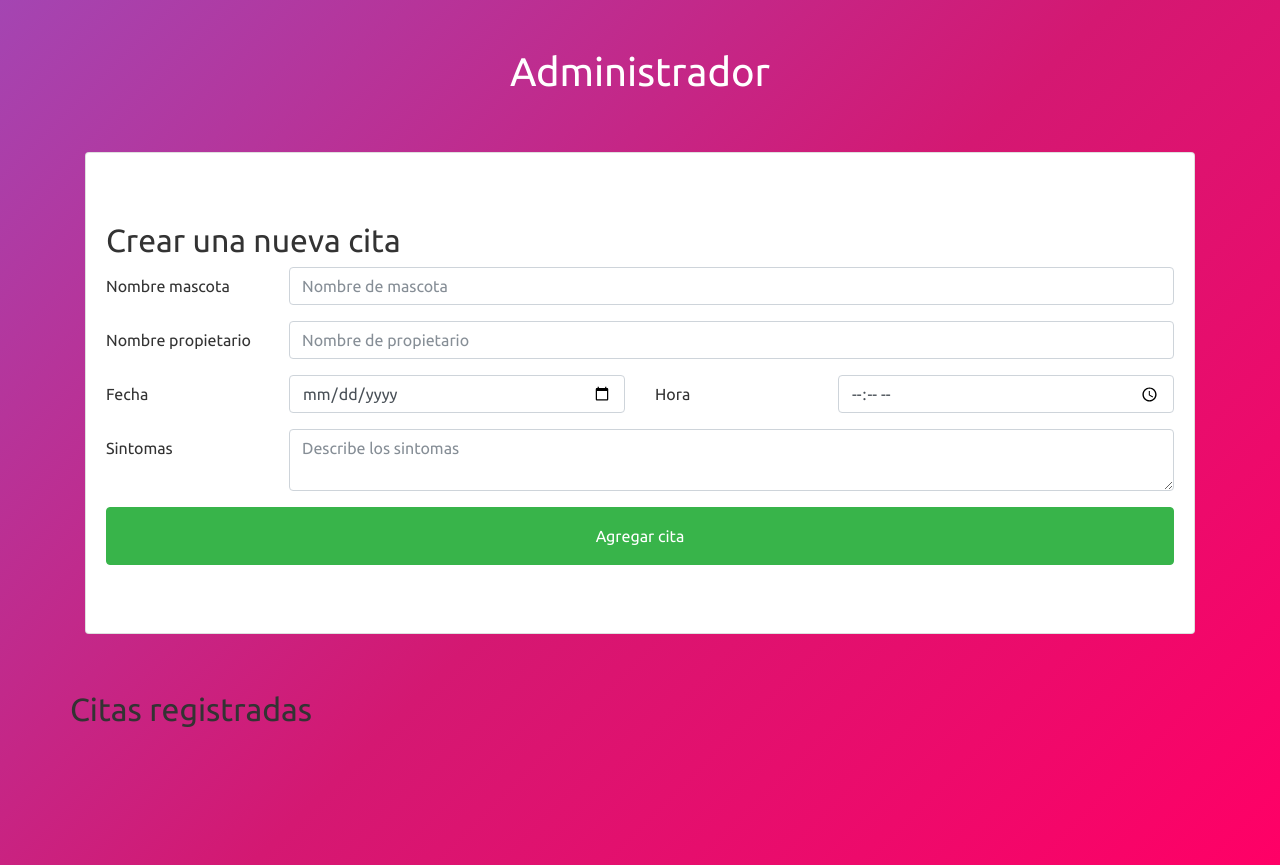
Repository: harrycampaz/react-veterinario-form
Page: /
An editor plug-in stored every save of this project. The page is shown before and after the next save, followed by the edit.
The browser window is 1280 px wide. The pictures show the whole page.
The project was rebuilt for these pictures with package versions that can differ from the ones it lists, and the page was loaded fresh each time. Also part of the build but not shown: src/components/layout/ItemCita.js.

Above is the page before, as saved 2020-01-16 17:14:14.

### src/App.js
import React, { Component } from "react";
import "./bootstrap.min.css";
import Header from "./components/ui/Header";
import NuevaCita from "./components/layout/NuevaCita";
import ListCitas from "./components/layout/ListCitas";

class App extends Component {
  state = {
    citas: []
  };

  createNewCita = data => {

    const citas = [...this.state.citas, data];

    this.setState({
      citas
    })
    }
  render() {
    return (
      <div className="container">
        <Header titulo="Administrador" />
        <div className="row">
          <div className="col-md-12 max-auto">
            <NuevaCita  createNewCita = {this.createNewCita}  />
          </div>

<ListCitas citas = {this.state.citas} />
        </div>
      </div>
    );
  }
}

export default App;

### src/components/ui/Header.js
import React from 'react';

const Header = ({titulo}) => {
    return (
      <header>
<h1 className="text-center"> {titulo}</h1>
      </header>
    );
};

export default Header;

### src/components/layout/NuevaCita.js
import React, { Component } from "react";
import uuid from 'uuid';

const stateInicial = {
    cita: [{
        mascota: 'data',
        propietario: 'dfs',
        fecha: 'sdf',
        hora: 'sdf',
        sintomas: 'sdf'
    }, {
        mascota: 'data',
        propietario: 'dfs',
        fecha: 'sdf',
        hora: 'sdf',
        sintomas: 'sdf'
    }, {
        mascota: 'data',
        propietario: 'dfs',
        fecha: 'sdf',
        hora: 'sdf',
        sintomas: 'sdf'
    }],
    error : false
}

class NuevaCita extends Component {


    state = {...stateInicial}

    handleChange = (e) => {
        console.log(e.target.name + ' : ' + e.target.value);

        this.setState({
            cita: {
                ...this.state.cita,
                [e.target.name]: e.target.value
            }
        })

    }

    haldleSubmit = (e) => {

        e.preventDefault();

        const {mascota, propietario, hora, fecha, sintomas} = this.state.cita;

        if(mascota === '' || propietario === '' || hora === '' || fecha === '' || sintomas ===''){

            this.setState({
                error: true
            })

            return;

        }

        const newCita = {...this.state.cita};

        newCita.id = uuid();
        this.props.createNewCita(newCita);

        this.setState({
            ...stateInicial
        })

    }

  render() {

    const {error} = this.state;
    return (

      <div className="card mt-5 py-5">
        <div className="card-body">
          <h2> Crear una nueva cita</h2>

{error ? <div class="alert alert-danger" role="alert">
  Todos los cambios son obligatorios!
</div> : null}

        <form onSubmit = {this.haldleSubmit}>
          <div className="form-group row">
            <label className="col-sm-4 col-lg-2 col-form-label">
              Nombre mascota
            </label>
            <div className="col-sm-8 col-lg-10">
              <input
                type="text"
                className="form-control"
                name="mascota"
                id="mascota"
                placeholder="Nombre de mascota"
                onChange = {this.handleChange}
                value = {this.state.cita.mascota}
              />
            </div>
          </div>
          <div className="form-group row">
            <label className="col-sm-4 col-lg-2 col-form-label">
              Nombre propietario
            </label>
            <div className="col-sm-8 col-lg-10">
              <input
                type="text"
                className="form-control"
                name="propietario"
                id="propietario"

                placeholder="Nombre de propietario"
                onChange = {this.handleChange}
                value = {this.state.cita.propietario}
              />
            </div>
          </div>

          <div className="form-group row">
            <label className="col-sm-4 col-lg-2 col-form-label">
              Fecha
            </label>
            <div className="col-sm-8 col-lg-4">
              <input
                type="date"
                className="form-control"
                name="fecha"
                id="fecha"
                onChange = {this.handleChange}
                value = {this.state.cita.fecha}

              />
            </div>

            <label className="col-sm-4 col-lg-2 col-form-label">
              Hora
            </label>
            <div className="col-sm-8 col-lg-4">
              <input
                type="time"
                className="form-control"
                name="hora"
                id="hora"

                placeholder="Nombre de propietario"
                onChange = {this.handleChange}
                value = {this.state.cita.hora}
              />
            </div>
          </div>

          <div className="form-group row">
            <label className="col-sm-4 col-lg-2 col-form-label">
              Sintomas
            </label>
            <div className="col-sm-8 col-lg-10">
              <textarea
                type="text"
                className="form-control"
                name="sintomas"
                id="sintomas"
                placeholder="Describe los sintomas"
                onChange = {this.handleChange}
                value = {this.state.cita.sintomas}
              ></textarea>

            </div>
          </div>

          <input type="submit" className=" py-3 mt-2 btn btn-success btn-block" value="Agregar cita"/>
        </form>
      </div>
      </div>
    );
  }
}

export default NuevaCita;

### src/components/layout/ListCitas.js
import React from "react";
import ItemCita from "./ItemCita";

const ListCitas = ({ citas }) => {
  return (
    <div className="mt-2 py-5">
      <div>
        <h2 className="text-center">Citas registradas</h2>

        <div className="row">
          {citas.map(cita => (
            <ItemCita className ="col-sm-4" key={cita.id} cita={cita} />
          ))}
        </div>
      </div>
    </div>
  );
};

export default ListCitas;

Loaded but not shown: public/index.html (common file); src/index.js (common file); src/index.css (common file); src/serviceWorker.js (common file); src/bootstrap.min.css (library)

After the next save:
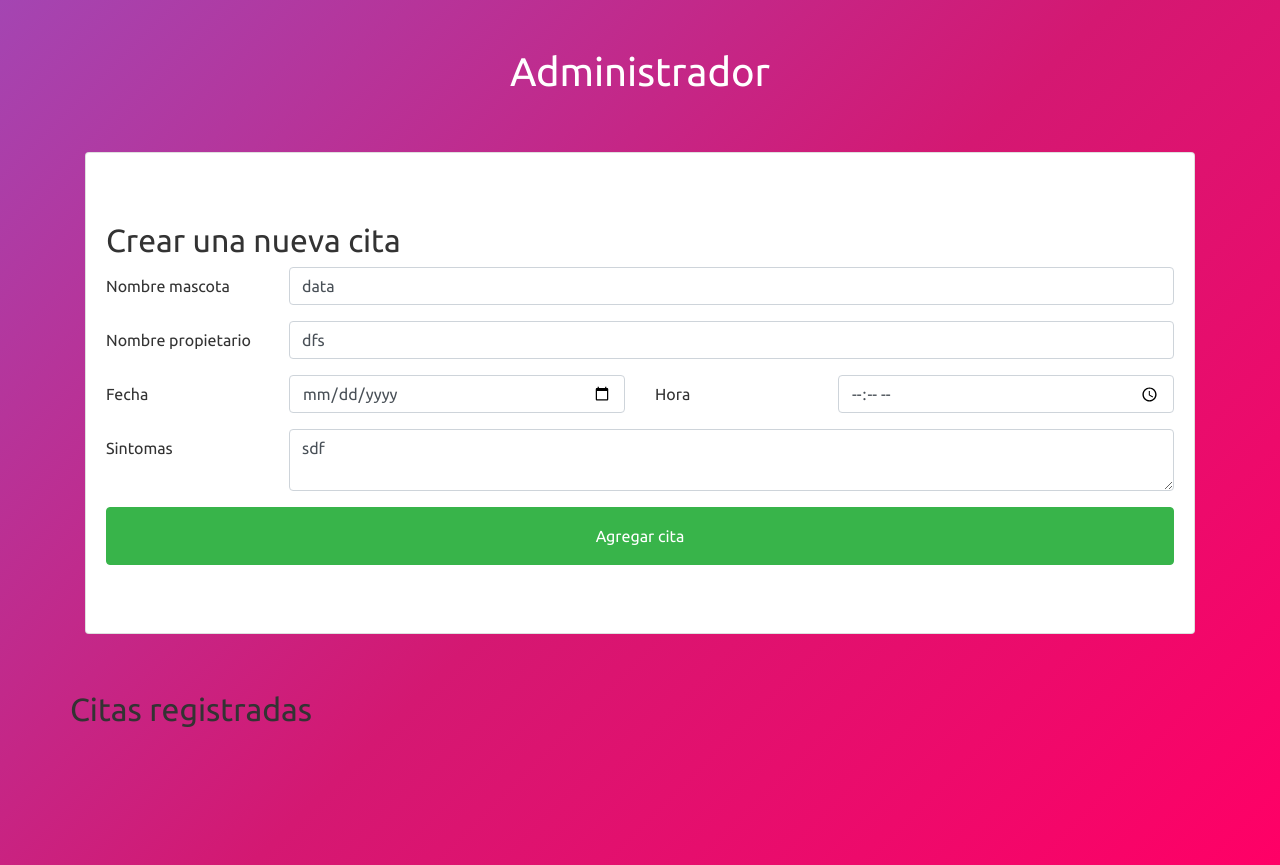
Saved 108 s later.
--- a/src/components/layout/NuevaCita.js
+++ b/src/components/layout/NuevaCita.js
@@ -2,25 +2,13 @@ import React, { Component } from "react";
 import uuid from 'uuid';
 
 const stateInicial = {
-    cita: [{
+    cita: {
         mascota: 'data',
         propietario: 'dfs',
         fecha: 'sdf',
         hora: 'sdf',
         sintomas: 'sdf'
-    }, {
-        mascota: 'data',
-        propietario: 'dfs',
-        fecha: 'sdf',
-        hora: 'sdf',
-        sintomas: 'sdf'
-    }, {
-        mascota: 'data',
-        propietario: 'dfs',
-        fecha: 'sdf',
-        hora: 'sdf',
-        sintomas: 'sdf'
-    }],
+    },
     error : false
 }
 
